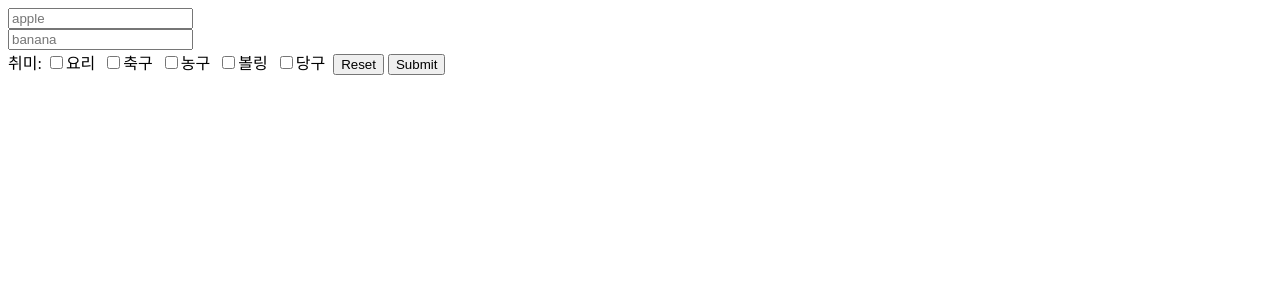
Repository: djdh94/jsp_practice
Page: http://localhost/JSPBasic/jspObject/1.requests/req_param_send.jsp
These files come from the project's save history. The page is drawn as it stood at one moment and after the next save; the edit follows.
The browser window is 1280 px wide. The pictures show the whole page.
The page is served by Tomcat 9. Other server files are loaded and not shown.

Above is the page before, as saved 2022-02-03 09:10:25.

### JSPBasic/src/main/webapp/jspObject/1.requests/req_param_send.jsp
	<%@ page language="java" contentType="text/html; charset=UTF-8"
    pageEncoding="UTF-8"%>
<!DOCTYPE html>
<html>
<head>
<meta charset="UTF-8">
<title>Insert title here</title>
</head>
<body>

<%-- form의 action의 바로 목적지를 적는 부분임.
웹 개발에서는 받을 페이지 화면의 주소를 적어줌 --%>
	<form action="req_param_getpost.jsp" method="get">
	<input type="text" name="apple" placeholder="apple"/><br/>
	<input type="password" name="banana" placeholder="banana"/><br/>

	취미:
	<input type="checkbox" name="hobby" >요리&nbsp;
	<input type="checkbox" name="hobby" >축구&nbsp;
	<input type="checkbox" name="hobby" >농구&nbsp;
	<input type="checkbox" name="hobby" >볼링&nbsp;
	<input type="checkbox" name="hobby" >당구&nbsp;
	<input type="reset" />
	<input type="submit"/>


	</form>
</body>
</html>

After the next save:
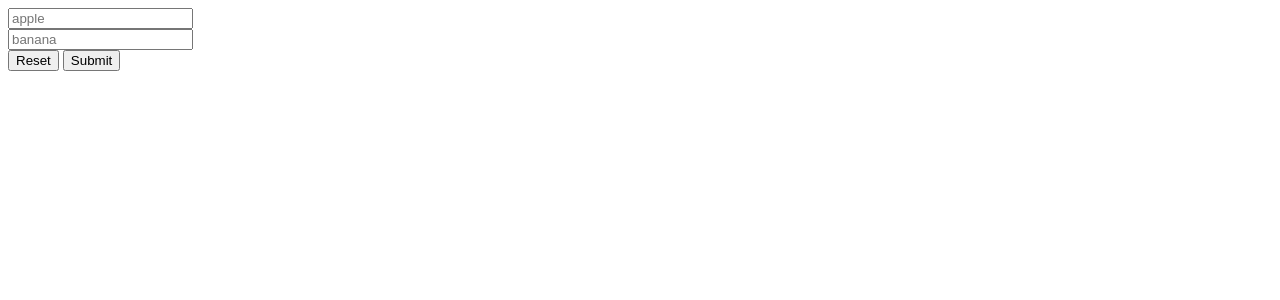
Saved 36 s later.
--- a/JSPBasic/src/main/webapp/jspObject/1.requests/req_param_send.jsp
+++ b/JSPBasic/src/main/webapp/jspObject/1.requests/req_param_send.jsp
@@ -10,16 +10,11 @@
 
 <%-- form의 action의 바로 목적지를 적는 부분임.
 웹 개발에서는 받을 페이지 화면의 주소를 적어줌 --%>
-	<form action="req_param_getpost.jsp" method="get">
+	<form action="p" method="get">
 	<input type="text" name="apple" placeholder="apple"/><br/>
 	<input type="password" name="banana" placeholder="banana"/><br/>
 
-	취미:
-	<input type="checkbox" name="hobby" >요리&nbsp;
-	<input type="checkbox" name="hobby" >축구&nbsp;
-	<input type="checkbox" name="hobby" >농구&nbsp;
-	<input type="checkbox" name="hobby" >볼링&nbsp;
-	<input type="checkbox" name="hobby" >당구&nbsp;
+
 	<input type="reset" />
 	<input type="submit"/>
 
